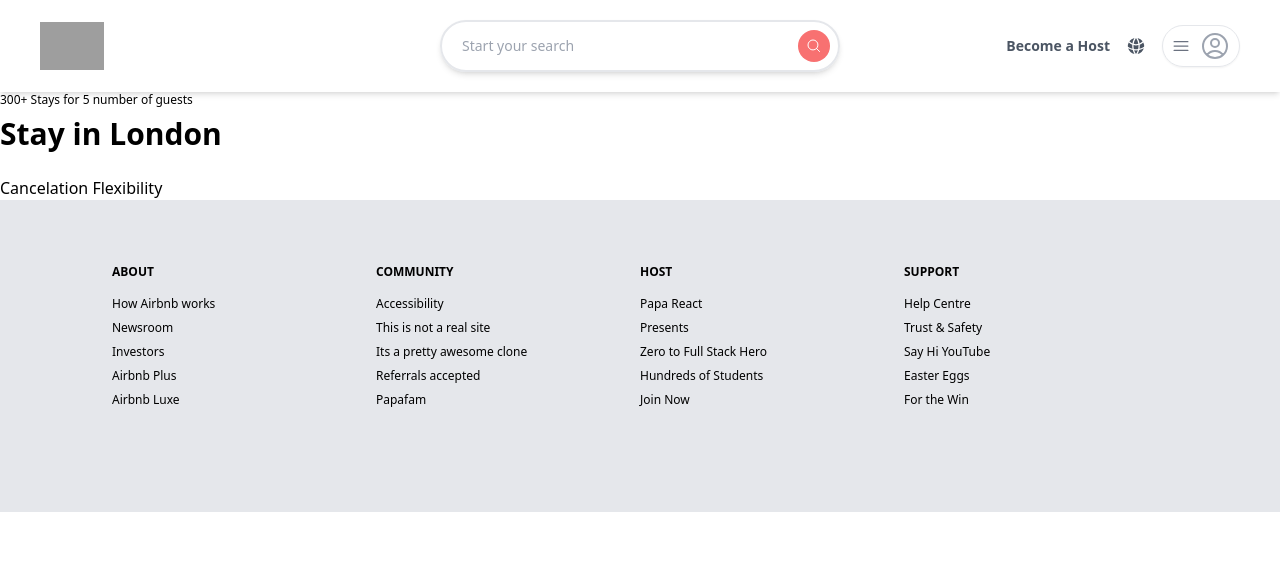
Repository: lakshithapramodya/airbnb
Page: /search
An editor plug-in stored every save of this project. The page is shown before and after the next save, followed by the edit.
The browser window is 1280 px wide. The pictures show the whole page.
Pictures or frames that could not be fetched are drawn as grey boxes. The project was rebuilt for these pictures with package versions that can differ from the ones it lists, and the page was loaded fresh each time. The framework's server and built-in components were replaced by stand-ins that run in the browser. Also part of the build but not shown: next.config.js.

Above is the page before, as saved 2022-10-19 11:11:34.

After the next save:
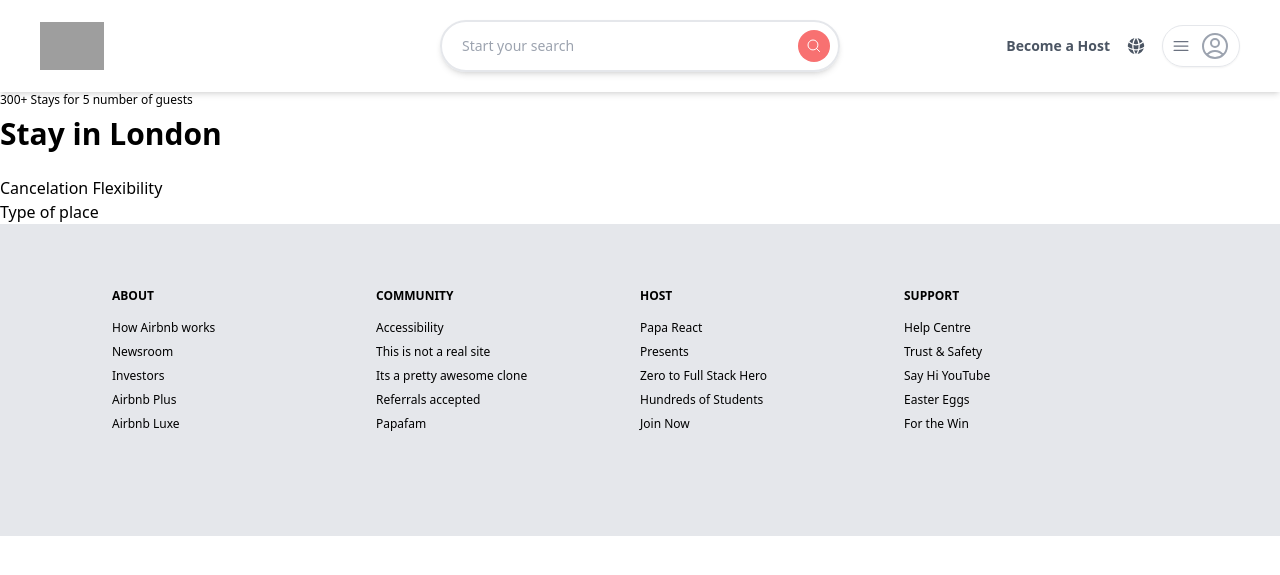
Saved 21 s later.
--- a/pages/search.js
+++ b/pages/search.js
@@ -14,6 +14,7 @@
 
           <div>
             <p>Cancelation Flexibility</p>
+            <p>Type of place</p>
           </div>
         </section>
       </main>
